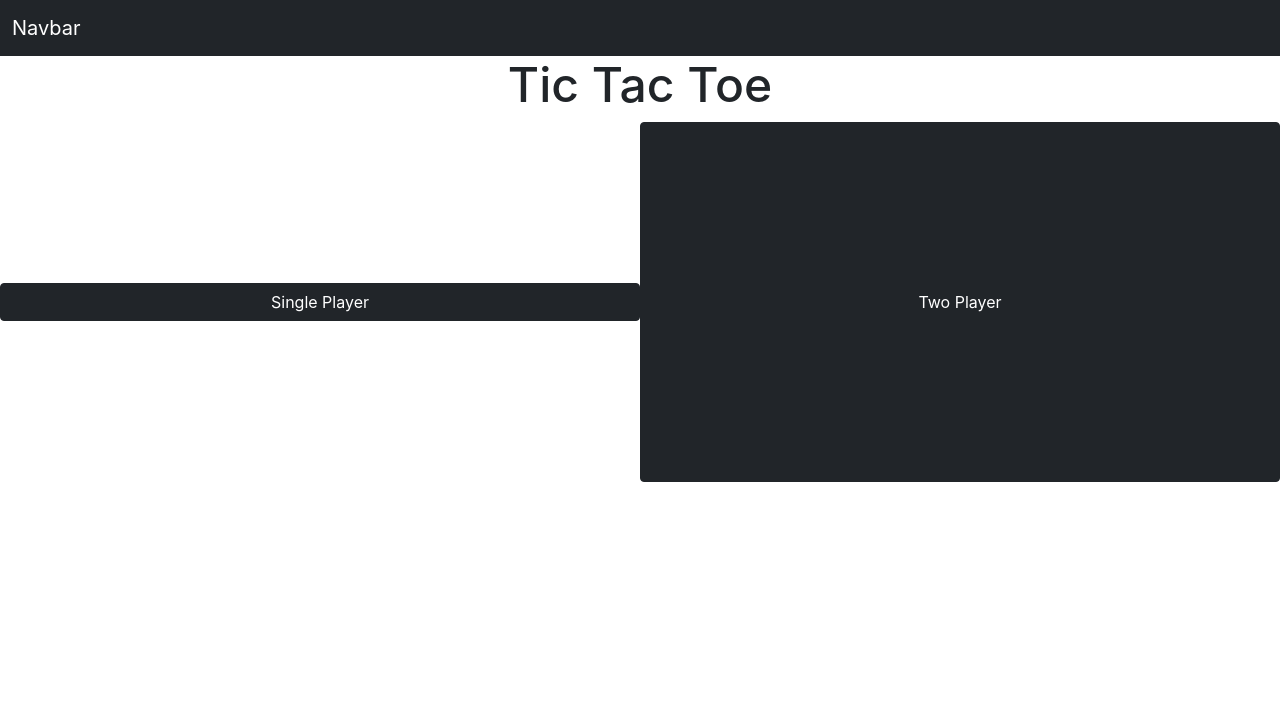
Repository: napan24/tic-tac-toe
Page: /
The author's editor kept a copy of each file at every save. The page is drawn from the files as they stood at one save, then again after a run of saves.
The browser window is 1280 px wide. The pictures show the whole page.
The project was rebuilt for these pictures with package versions that can differ from the ones it lists, and the page was loaded fresh each time. Also part of the build but not shown: src/App.css, src/tik.css, src/App.js, src/Vscomp.js.

Above is the page before, as saved 2022-06-16 18:01:24.

### public/index.html
<!DOCTYPE html>
<html lang="en">
  <head>
    <meta charset="utf-8" />
    <link rel="icon" href="%PUBLIC_URL%/favicon.ico" />
    <meta name="viewport" content="width=device-width, initial-scale=1" />
    <meta name="theme-color" content="#000000" />
    <meta
      name="description"
      content="Web site created using create-react-app"
    />
    <link rel="apple-touch-icon" href="%PUBLIC_URL%/logo192.png" />
    <!--
      manifest.json provides metadata used when your web app is installed on a
      user's mobile device or desktop. See https://developers.google.com/web/fundamentals/web-app-manifest/
    -->
    <link rel="manifest" href="%PUBLIC_URL%/manifest.json" />
    <!--
      Notice the use of %PUBLIC_URL% in the tags above.
      It will be replaced with the URL of the `public` folder during the build.
      Only files inside the `public` folder can be referenced from the HTML.

      Unlike "/favicon.ico" or "favicon.ico", "%PUBLIC_URL%/favicon.ico" will
      work correctly both with client-side routing and a non-root public URL.
      Learn how to configure a non-root public URL by running `npm run build`.
    -->
    <link href="https://cdn.jsdelivr.net/npm/bootstrap@5.1.3/dist/css/bootstrap.min.css" rel="stylesheet" integrity="sha384-1BmE4kWBq78iYhFldvKuhfTAU6auU8tT94WrHftjDbrCEXSU1oBoqyl2QvZ6jIW3" crossorigin="anonymous">
    <script src="https://cdn.jsdelivr.net/npm/bootstrap@5.1.3/dist/js/bootstrap.bundle.min.js" integrity="sha384-ka7Sk0Gln4gmtz2MlQnikT1wXgYsOg+OMhuP+IlRH9sENBO0LRn5q+8nbTov4+1p" crossorigin="anonymous"></script>
    <title>React App</title>
  </head>
  <body>
    <noscript>You need to enable JavaScript to run this app.</noscript>
    <div id="root"></div>
    <!--
      This HTML file is a template.
      If you open it directly in the browser, you will see an empty page.

      You can add webfonts, meta tags, or analytics to this file.
      The build step will place the bundled scripts into the <body> tag.

      To begin the development, run `npm start` or `yarn start`.
      To create a production bundle, use `npm run build` or `yarn build`.
    -->
  </body>
</html>

### src/index.js
import React from 'react';
import ReactDOM from 'react-dom/client';
import './index.css';
import App from './App';
import Home from './Home';
import Vscomp from './Vscomp';
import reportWebVitals from './reportWebVitals';

const root = ReactDOM.createRoot(document.getElementById('root'));
root.render(
  <React.StrictMode>
    <Home />
  </React.StrictMode>
);

// If you want to start measuring performance in your app, pass a function
// to log results (for example: reportWebVitals(console.log))
// or send to an analytics endpoint. Learn more: https://bit.ly/CRA-vitals
reportWebVitals();

### src/Home.js
import React from 'react';

export default function () {
  return (
    <>
        <nav class="navbar navbar-light bg-dark">
        <div class="container-fluid">
          <a class="navbar-brand" style={{color:"white"}}>Navbar</a>
        </div>
      </nav>
        <h5 style={{textAlign:"center",fontSize:"3rem"}}>
            Tic Tac Toe
        </h5>
        <button type="button" class="btn btn-dark" style={{width:"50vw"}}>
            Single Player
        </button>
        <button type="button" class="btn btn-dark" style={{width:"50vw",height:"50vh"}}>
            Two Player
        </button>
    </>

  )
}

Loaded but not shown: src/index.css (common file); src/reportWebVitals.js (common file)

After the next 2 saves:
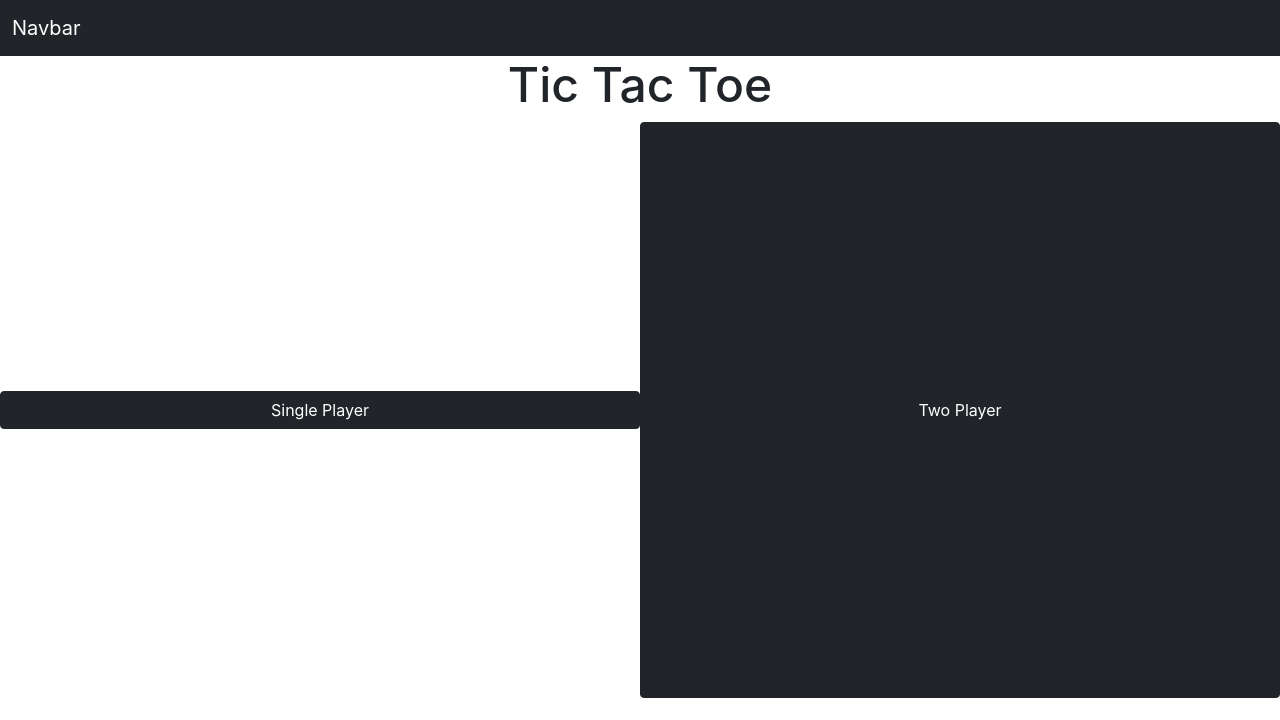
The 2 saves are shown as one change because they came seconds apart.
The last was saved 8 s later.
--- a/src/Home.js
+++ b/src/Home.js
@@ -14,7 +14,7 @@ export default function () {
         <button type="button" class="btn btn-dark" style={{width:"50vw"}}>
             Single Player
         </button>
-        <button type="button" class="btn btn-dark" style={{width:"50vw",height:"50vh"}}>
+        <button type="button" class="btn btn-dark" style={{width:"50vw",height:"80vh"}}>
             Two Player
         </button>
     </>
